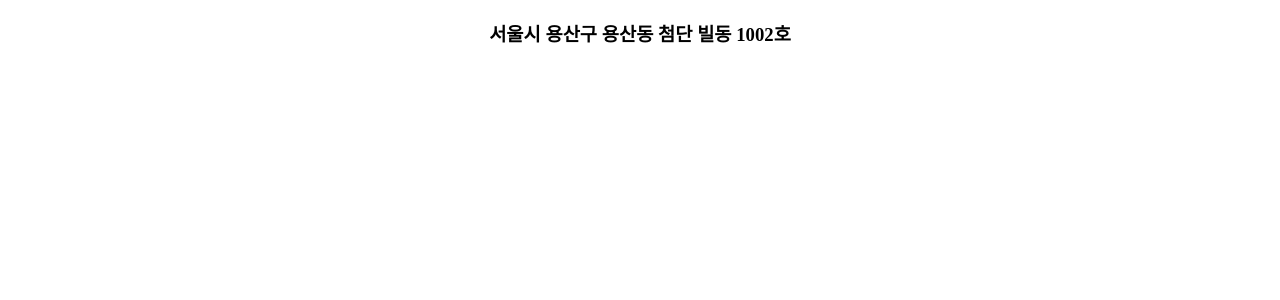
Repository: LTaeHoon/javajsp_ncs
Page: http://localhost/chap02_Directive_Object/directive/include/footer.jsp
An editor plug-in stored every save of this project. The page is shown before and after the next save, followed by the edit.
The browser window is 1280 px wide. The pictures show the whole page.
The page is served by Tomcat 9. Other server files are loaded and not shown.

Above is the page before, as saved 2017-01-12 06:18:51.

### chap02_Directive_Object/WebContent/directive/include/footer.jsp
<%@ page language="java" contentType="text/html; charset=UTF-8"
    pageEncoding="UTF-8"%>
<!DOCTYPE html PUBLIC "-//W3C//DTD HTML 4.01 Transitional//EN" "http://www.w3.org/TR/html4/loose.dtd">
<html>
<head>
<meta http-equiv="Content-Type" content="text/html; charset=UTF-8">
<title>꼬리말</title>
</head>
<body>
	<h3 align="center">서울시 용산구 용산동 첨단 빌동 1002호</h3>
</body>
</html>

After the next save:
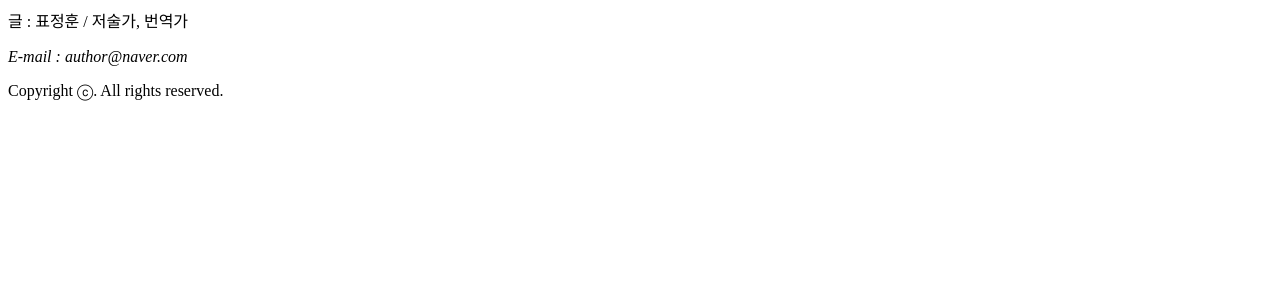
Saved 45 s later.
--- a/chap02_Directive_Object/WebContent/directive/include/footer.jsp
+++ b/chap02_Directive_Object/WebContent/directive/include/footer.jsp
@@ -1,12 +1,10 @@
 <%@ page language="java" contentType="text/html; charset=UTF-8"
     pageEncoding="UTF-8"%>
-<!DOCTYPE html PUBLIC "-//W3C//DTD HTML 4.01 Transitional//EN" "http://www.w3.org/TR/html4/loose.dtd">
-<html>
-<head>
-<meta http-equiv="Content-Type" content="text/html; charset=UTF-8">
-<title>꼬리말</title>
-</head>
-<body>
-	<h3 align="center">서울시 용산구 용산동 첨단 빌동 1002호</h3>
+   <footer> <!-- 꼬리말 -->
+    <p>글 : 표정훈 / 저술가, 번역가 </p>
+    <address>E-mail : author@naver.com</address> <!-- e-mail 주소 -->
+    <p> Copyright ⓒ. All rights reserved.</p>
+  </footer>
+  </div>
 </body>
 </html>
